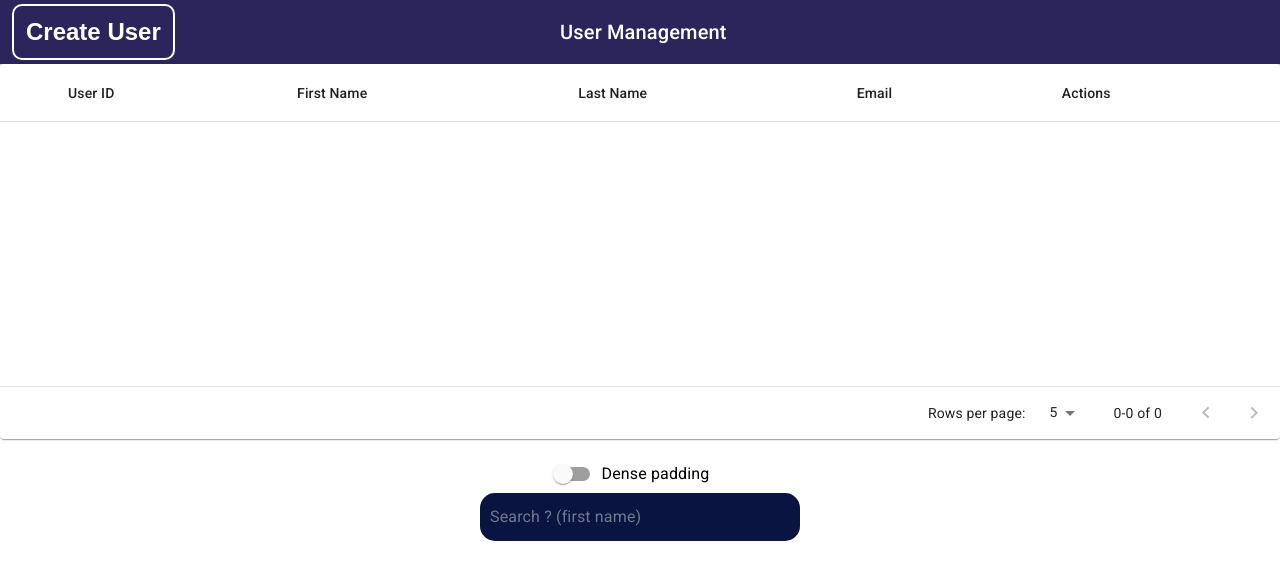
Repository: ginkakuzmanova/simple-user-management-system
Page: / (app in user-management-system/)
An editor plug-in stored every save of this project. The page is shown before and after the next save, followed by the edit.
The browser window is 1280 px wide. The pictures show the whole page.
The project was rebuilt for these pictures with package versions that can differ from the ones it lists, and the page was loaded fresh each time. Also part of the build but not shown: user-management-system/src/components/FormHeader.js, user-management-system/src/validation/userSchema.js, user-management-system/src/pages/users/UserEditForm.js, user-management-system/src/pages/users/UsersEditing.js, user-management-system/src/components/Notification.js, user-management-system/src/pages/users/UserForm.js, user-management-system/src/pages/users/UsersAddition.js.

Above is the page before, as saved 2020-10-31 13:52:12.

### user-management-system/public/index.html
<!DOCTYPE html>
<html lang="en">
  <head>
    <meta charset="utf-8" />
    <link rel="icon" href="%PUBLIC_URL%/favicon.svg" />
    <meta name="viewport" content="width=device-width, initial-scale=1" />
    <meta name="theme-color" content="#000000" />
    <meta
      name="description"
      content="Web site created using create-react-app"
    />
    <link rel="manifest" href="%PUBLIC_URL%/manifest.json" />
    <link rel="stylesheet" href="https://fonts.googleapis.com/css?family=Roboto:300,400,500,700&display=swap" />
    <link rel="stylesheet" href="https://fonts.googleapis.com/icon?family=Material+Icons" />
    <title>User management</title>
  </head>
  <body>
    <noscript>You need to enable JavaScript to run this app.</noscript>
    <div id="root"></div>

  </body>
</html>

### user-management-system/src/index.js
import React from "react";
import ReactDOM from "react-dom";
import "./index.css";
import App from "./App";
import { Provider } from "react-redux";
import { store, persistor } from "./store";
import { PersistGate } from "redux-persist/integration/react";

const renderApp = () =>
  ReactDOM.render(
    <React.StrictMode>
      <Provider store={store}>
        <PersistGate loading={null} persistor={persistor}>
          <App />
        </PersistGate>
      </Provider>
    </React.StrictMode>,
    document.getElementById("root")
  );

if (module.hot) {
  module.hot.accept("./App", renderApp);
}

renderApp();

### user-management-system/src/App.js
import React from "react";
import "./App.css";
import { BrowserRouter } from "react-router-dom";
import Header from "./components/Header";
import { AppRoutes } from "./AppRoutes";

function App() {
  return (
    <div className='App'>
      <BrowserRouter>
        <Header />
        <AppRoutes />
      </BrowserRouter>
    </div>
  );
}
export default App;

### user-management-system/src/store/index.js
import { configureStore, getDefaultMiddleware } from "@reduxjs/toolkit";
import { rootReducer } from "./rootReducer.js";
import {
  persistStore,
  persistReducer,
  FLUSH,
  REHYDRATE,
  PAUSE,
  PERSIST,
  PURGE,
  REGISTER,
} from "redux-persist";
import storage from "redux-persist/lib/storage";

const persistConfig = {
  key: "root",
  version: 1,
  storage,
};

const persistedReducer = persistReducer(persistConfig, rootReducer);

const store = configureStore({
  reducer: persistedReducer,
  middleware: getDefaultMiddleware({
    serializableCheck: {
      ignoredActions: [FLUSH, REHYDRATE, PAUSE, PERSIST, PURGE, REGISTER],
    },
  }),
});

let persistor = persistStore(store);

export { store, persistor };

### user-management-system/src/components/Header.js
import React from "react";
import AppBar from "@material-ui/core/AppBar";
import Toolbar from "@material-ui/core/Toolbar";
import IconButton from "@material-ui/core/IconButton";
import Typography from "@material-ui/core/Typography";
import { makeStyles } from "@material-ui/core/styles";
import { useHistory } from "react-router-dom";

const useStyles = makeStyles((theme) => ({
  root: {
    flexGrow: 1,
  },
  menuButton: {
    marginRight: theme.spacing(2),
    border: "2px solid white",
    borderRadius: "10px !important",
  },
  title: {
    flexGrow: 1,
    display: "none",
    marginRight: "10rem",
    [theme.breakpoints.up("sm")]: {
      display: "block",
    },
  },
  inputRoot: {
    color: "inherit",
  },
  inputInput: {
    padding: theme.spacing(1, 1, 1, 0),
    paddingLeft: `calc(1em + ${theme.spacing(4)}px)`,
    transition: theme.transitions.create("width"),
    width: "100%",
    [theme.breakpoints.up("sm")]: {
      width: "12ch",
      "&:focus": {
        width: "20ch",
      },
    },
  },
  appBar: {
    backgroundColor: "rgb(44, 37, 92)",
  },
}));

export default function Header() {
  const history = useHistory();
  const classes = useStyles();
  return (
    <div className={classes.root}>
      <AppBar position='static' className={classes.appBar}>
        <Toolbar>
          <IconButton
            edge='start'
            className={classes.menuButton}
            color='inherit'
            aria-label='open drawer'
            onClick={() => history.push("/add")}
          >
            <b>Create User</b>
          </IconButton>
          <Typography className={classes.title} variant='h6' noWrap>
            User Management
          </Typography>
        </Toolbar>
      </AppBar>
    </div>
  );
}

### user-management-system/src/AppRoutes.js
import React from "react";
import { Route, Switch } from "react-router-dom";
import UsersTable from "./pages/users/UsersList";
import UsersAddition from "./pages/users/UsersAddition";

const AppRoutes = () => {
  return (
    <Switch>
      <Route exact path='/'>
        <UsersTable />
      </Route>
      <Route path='/add'>
        <UsersAddition />
      </Route>
    </Switch>
  );
};

export { AppRoutes };

### user-management-system/src/store/rootReducer.js
import { combineReducers } from "redux";
import { copyReducer } from "./copySlice";
import { usersReducer } from "./usersSlice";

export const rootReducer = combineReducers({
  users: usersReducer,
  copyUsers: copyReducer
});

### user-management-system/src/pages/users/UsersList.js
import React, {useEffect}from "react";
import PropTypes from "prop-types";
import { makeStyles } from "@material-ui/core/styles";
import { Button } from "@material-ui/core";
import Table from "@material-ui/core/Table";
import TableBody from "@material-ui/core/TableBody";
import TableCell from "@material-ui/core/TableCell";
import TableContainer from "@material-ui/core/TableContainer";
import TableHead from "@material-ui/core/TableHead";
import TablePagination from "@material-ui/core/TablePagination";
import TableRow from "@material-ui/core/TableRow";
import TableSortLabel from "@material-ui/core/TableSortLabel";
import Paper from "@material-ui/core/Paper";
import Checkbox from "@material-ui/core/Checkbox";
import InputBase from "@material-ui/core/InputBase";
import FormControlLabel from "@material-ui/core/FormControlLabel";
import Switch from "@material-ui/core/Switch";
import { useSelector, useDispatch } from "react-redux";
import EditDialog from "../../components/EditDialog";
import ConfirmDialog from "../../components/ConfirmDialog";
import UsersEditing from "./UsersEditing";
import { copyUsers, filterUsers } from "../../store/copySlice";

function descendingComparator(a, b, orderBy) {
  if (b[orderBy] < a[orderBy]) {
    return -1;
  }
  if (b[orderBy] > a[orderBy]) {
    return 1;
  }
  return 0;
}

function getComparator(order, orderBy) {
  return order === "desc"
    ? (a, b) => descendingComparator(a, b, orderBy)
    : (a, b) => -descendingComparator(a, b, orderBy);
}

function stableSort(array, comparator) {
  const stabilizedThis = array.map((el, index) => [el, index]);
  stabilizedThis.sort((a, b) => {
    const order = comparator(a[0], b[0]);
    if (order !== 0) return order;
    return a[1] - b[1];
  });

  return stabilizedThis.map((el) => el[0]);
}

const headCells = [
  {
    id: "id",
    numeric: false,
    disablePadding: true,
    label: "User ID",
  },
  {
    id: "firstName",
    numeric: false,
    disablePadding: false,
    label: "First Name",
  },
  { id: "lastName", numeric: false, disablePadding: false, label: "Last Name" },
  { id: "email", numeric: false, disablePadding: false, label: "Email" },
  { id: "buttons", numeric: false, disablePadding: false, label: "Actions" },
];

function EnhancedTableHead(props) {
  const { classes, order, orderBy, onRequestSort } = props;
  const createSortHandler = (property) => (event) => {
    onRequestSort(event, property);
  };

  return (
    <TableHead>
      <TableRow>
        <TableCell padding='checkbox' />
        {headCells.map((headCell) => (
          <TableCell
            key={headCell.id}
            align={headCell.numeric ? "right" : "left"}
            sortDirection={orderBy === headCell.id ? order : false}
          >
            <TableSortLabel
              active={orderBy === headCell.id}
              direction={orderBy === headCell.id ? order : "asc"}
              onClick={createSortHandler(headCell.id)}
            >
              {headCell.label}
              {orderBy === headCell.id ? (
                <span className={classes.visuallyHidden}>
                  {order === "desc" ? "sorted descending" : "sorted ascending"}
                </span>
              ) : null}
            </TableSortLabel>
          </TableCell>
        ))}
      </TableRow>
    </TableHead>
  );
}

EnhancedTableHead.propTypes = {
  classes: PropTypes.object.isRequired,
  numSelected: PropTypes.number.isRequired,
  onRequestSort: PropTypes.func.isRequired,
  onSelectAllClick: PropTypes.func.isRequired,
  order: PropTypes.oneOf(["asc", "desc"]).isRequired,
  orderBy: PropTypes.string.isRequired,
  rowCount: PropTypes.number.isRequired,
};

const useStyles = makeStyles((theme) => ({
  root: {
    width: "100%",
  },
  paper: {
    width: "100%",
    marginBottom: theme.spacing(2),
  },
  table: {
    minWidth: 750,
  },
  button: {
    opacity: "0",
    "&:hover": {
      opacity: "1",
    },
  },
  visuallyHidden: {
    border: 0,
    clip: "rect(0 0 0 0)",
    height: 1,
    margin: -1,
    overflow: "hidden",
    padding: 0,
    position: "absolute",
    top: 20,
    width: 1,
  },
}));

export default function EnhancedTable() {
  const users = useSelector((state) => state.users);
  const rows = useSelector((state) => state.copyUsers);
  const dispatch = useDispatch();
  const classes = useStyles();
  const [order, setOrder] = React.useState("asc");
  const [orderBy, setOrderBy] = React.useState("calories");
  const [selected, setSelected] = React.useState([]);
  const [page, setPage] = React.useState(0);
  const [dense, setDense] = React.useState(false);
  const [rowsPerPage, setRowsPerPage] = React.useState(5);
  const [openDialog, setOpenDialog] = React.useState(false);
  const [recordForEdit, setRecordForEdit] = React.useState(null);
  const [confirmDialog, setConfirmDialog] = React.useState({
    isOpen: false,
    title: "",
    subtitle: "",
    recordToDelete: null,
  });

  useEffect(()=> {
    dispatch(copyUsers(users))
  }, [users])

  const handleSearch = (e) => {
    let target = e.target;
    console.log(target.value);
    if (target.value === "") dispatch(copyUsers(users));
    else dispatch(filterUsers(target.value.toLowerCase()));
  };

  const handleRequestSort = (event, property) => {
    const isAsc = orderBy === property && order === "asc";
    setOrder(isAsc ? "desc" : "asc");
    setOrderBy(property);
  };

  const handleSelectAllClick = (event) => {
    if (event.target.checked) {
      const newSelecteds = rows.map((n) => n.id);
      setSelected(newSelecteds);
      return;
    }
    setSelected([]);
  };

  const handleClick = (event, name) => {
    const selectedIndex = selected.indexOf(name);
    let newSelected = [];

    if (selectedIndex === -1) {
      newSelected = newSelected.concat(selected, name);
    } else if (selectedIndex === 0) {
      newSelected = newSelected.concat(selected.slice(1));
    } else if (selectedIndex === selected.length - 1) {
      newSelected = newSelected.concat(selected.slice(0, -1));
    } else if (selectedIndex > 0) {
      newSelected = newSelected.concat(
        selected.slice(0, selectedIndex),
        selected.slice(selectedIndex + 1)
      );
    }
    setSelected(newSelected);
  };
  const handleChangePage = (event, newPage) => {
    setPage(newPage);
  };
  const handleChangeRowsPerPage = (event) => {
    setRowsPerPage(parseInt(event.target.value, 10));
    setPage(0);
  };
  const handleChangeDense = (event) => {
    setDense(event.target.checked);
  };
  const isSelected = (name) => selected.indexOf(name) !== -1;
  const openInModal = (item) => {
    setRecordForEdit(item);
    setOpenDialog(true);
  };
  const emptyRows =
    rowsPerPage - Math.min(rowsPerPage, rows.length - page * rowsPerPage);
  return (
    <div className={classes.root}>
      <Paper className={classes.paper}>
        <TableContainer>
          <Table
            className={classes.table}
            aria-labelledby='tableTitle'
            size={dense ? "small" : "medium"}
            aria-label='enhanced table'
          >
            <EnhancedTableHead
              classes={classes}
              numSelected={selected.length}
              order={order}
              orderBy={orderBy}
              onSelectAllClick={handleSelectAllClick}
              onRequestSort={handleRequestSort}
              rowCount={rows.length}
            />
            <TableBody>
              {stableSort(rows, getComparator(order, orderBy))
                .slice(page * rowsPerPage, page * rowsPerPage + rowsPerPage)
                .map((row, index) => {
                  const isItemSelected = isSelected(row.id);
                  const labelId = `enhanced-table-checkbox-${index}`;

                  return (
                    <TableRow
                      hover
                      onClick={(event) => handleClick(event, row.id)}
                      role='checkbox'
                      aria-checked={isItemSelected}
                      tabIndex={-1}
                      key={row.id}
                      selected={isItemSelected}
                    >
                      <TableCell padding='checkbox'>
                        <Checkbox
                          checked={isItemSelected}
                          inputProps={{ "aria-labelledby": labelId }}
                        />
                      </TableCell>
                      <TableCell
                        component='th'
                        id={labelId}
                        scope='row'
                        padding='none'
                      >
                        {row.id}
                      </TableCell>
                      <TableCell>{row.firstName}</TableCell>
                      <TableCell>{row.lastName}</TableCell>
                      <TableCell>{row.email}</TableCell>
                      <TableCell className={classes.button}>
                        <Button
                          style={{ marginRight: "30px" }}
                          variant='outlined'
                          color='secondary'
                          onClick={() => {
                            setConfirmDialog({
                              isOpen: true,
                              title:
                                "Are you sure you want to delete this user?",
                              subtitle: "This operation can't be undone!",
                              recordToDelete: row,
                            });
                          }}
                        >
                          Delete
                        </Button>
                        <Button
                          variant='outlined'
                          color='primary'
                          onClick={() => openInModal(row)}
                        >
                          Edit
                        </Button>
                      </TableCell>
                    </TableRow>
                  );
                })}
              {emptyRows > 0 && (
                <TableRow style={{ height: (dense ? 33 : 53) * emptyRows }}>
                  <TableCell colSpan={6} />
                </TableRow>
              )}
            </TableBody>
          </Table>
        </TableContainer>
        <TablePagination
          rowsPerPageOptions={[5, 10, 20]}
          component='div'
          count={rows.length}
          rowsPerPage={rowsPerPage}
          page={page}
          onChangePage={handleChangePage}
          onChangeRowsPerPage={handleChangeRowsPerPage}
        />
      </Paper>
      <EditDialog openPopup={openDialog} setOpenPopup={setOpenDialog}>
        <UsersEditing recordForEdit={recordForEdit} />
      </EditDialog>
      <ConfirmDialog
        confirmDialog={confirmDialog}
        setConfirmDialog={setConfirmDialog}
      />
      <FormControlLabel
        control={<Switch checked={dense} onChange={handleChangeDense} />}
        label='Dense padding'
      />
      <InputBase
        placeholder='Search ? (first name)'
        style={{
          display: "block",
          width: "25%",
          backgroundColor: "#091540",
          color: "#fff",
          padding: "8px 10px",
          margin: "0 auto",
          borderRadius: "15px",
        }}
        onChange={(e) => handleSearch(e)}
      />
    </div>
  );
}

### user-management-system/src/store/copySlice.js
import { createSlice } from "@reduxjs/toolkit";

const { reducer: copyReducer, actions } = createSlice({
  name: "copy",
  initialState: [],
  reducers: {
    copyUsers: (state, action) => {

        // for (let i = 0; i < action.payload.length; i++) {
        //     state[i] = action.payload[i];
        //   }
       return state = action.payload.map(a => ({...a}));
    },

    filterUsers: (state, action) => {
        const firstName = action.payload;
        return state.filter(u => u.firstName.toLowerCase().includes(firstName))
    }
  },
});

export { copyReducer };

export const copyUsers = (users) => {
  return (dispatch) => {
    dispatch(actions.copyUsers(users));
  };
};

export const filterUsers = (firstName) => {
  return (dispatch) => {
    dispatch(actions.filterUsers(firstName));
  };
};

### user-management-system/src/store/usersSlice.js
import uuid from "uuid";
import { createSlice } from "@reduxjs/toolkit";

const { reducer: usersReducer, actions } = createSlice({
  name: "users",
  initialState: [],
  reducers: {
    addUser: (state, action) => {
      const { firstName, lastName, email } = action.payload;
      if (!state.includes(action.payload)) {
        state.push({ id: uuid(), firstName, lastName, email });
      } else {
        throw new Error();
      }
    },
    editUser: (state, action) => {
      const { id } = action.payload;
      for (let i = 0; i < state.length; i++) {
        const user = state[i];
        if (user.id === id) {
          user.firstName = action.payload.firstName;
          user.lastName = action.payload.lastName;
          user.email = action.payload.email;
        }
      }
    },
    deleteUser: (state, action) => {
      const { id } = action.payload;
      const toDel = state.find((user) => user.id === id);
      const index = state.indexOf(toDel);
      state.splice(index, 1);
    },
  },
});

export { usersReducer };

export const addUser = (user) => {
  return (dispatch) => {
    dispatch(actions.addUser(user));
  };
};

export const editUser = ({ ...user }) => {
  return (dispatch) => {
    dispatch(actions.editUser(user));
  };
};

export const removeUser = (user) => {
  return (dispatch) => {
    dispatch(actions.deleteUser(user));
  };
};

### user-management-system/src/components/EditDialog.js
import React from "react";
import {
  Dialog,
  DialogTitle,
  DialogContent,
  makeStyles,
  Typography,
} from "@material-ui/core";
import { Button } from "@material-ui/core";
import CloseIcon from "@material-ui/icons/Close";

const useStyles = makeStyles((theme) => ({
  dialogWrapper: {
    padding: theme.spacing(2),
    position: "absolute",
    top: theme.spacing(5),
  },
  dialogTitle: {
    paddingRight: "0px",
  },
}));

export default function EditDialog(props) {
  const { title, children, openPopup, setOpenPopup } = props;
  const classes = useStyles();

  return (
    <Dialog
      open={openPopup}
      maxWidth='md'
      classes={{ paper: classes.dialogWrapper }}
    >
      <DialogTitle className={classes.dialogTitle}>
        <div style={{ display: "flex" }}>
          <Typography variant='h6' component='div' style={{ flexGrow: 1 }}>
            {title}
          </Typography>
          <Button
            color='secondary'
            onClick={() => {
              setOpenPopup(false);
            }}
          >
            <CloseIcon />
          </Button>
        </div>
      </DialogTitle>
      <DialogContent
        dividers
        style={{
          display: "grid",
          gridTemplateColumns: "1fr",
          justifyItems: "center",
          alignItems: "center",
        }}
      >
        {children}
      </DialogContent>
    </Dialog>
  );
}

### user-management-system/src/components/ConfirmDialog.js
import React from "react";
import {
  Dialog,
  DialogTitle,
  DialogContent,
  DialogActions,
  Typography,
  makeStyles,
  IconButton,
  Button,
} from "@material-ui/core";
import { useDispatch } from "react-redux";
import { removeUser } from "../store/usersSlice";
import NotListedLocationIcon from "@material-ui/icons/NotListedLocation";

const useStyles = makeStyles((theme) => ({
  dialog: {
    padding: theme.spacing(2),
    position: "absolute",
    top: theme.spacing(5),
  },
  dialogTitle: {
    textAlign: "center",
  },
  dialogContent: {
    textAlign: "center",
  },
  dialogAction: {
    justifyContent: "center",
  },
  titleIcon: {
    backgroundColor: theme.palette.secondary.light,
    color: theme.palette.secondary.main,
    "&:hover": {
      backgroundColor: theme.palette.secondary.light,
      cursor: "default",
    },
    "& .MuiSvgIcon-root": {
      fontSize: "8rem",
    },
  },
}));

export default function ConfirmDialog(props) {
  const { confirmDialog, setConfirmDialog } = props;
  const onDelete = () => {
    dispatch(removeUser(confirmDialog.recordToDelete));
    setConfirmDialog({ ...confirmDialog, isOpen: false });
  };
  const classes = useStyles();
  const dispatch = useDispatch();
  return (
    <Dialog open={confirmDialog.isOpen} classes={{ paper: classes.dialog }}>
      <DialogTitle className={classes.dialogTitle}>
        <IconButton disableRipple className={classes.titleIcon}>
          <NotListedLocationIcon />
        </IconButton>
      </DialogTitle>
      <DialogContent className={classes.dialogContent}>
        <Typography variant='h6'>{confirmDialog.title}</Typography>
        <Typography variant='subtitle2'>{confirmDialog.subtitle}</Typography>
      </DialogContent>
      <DialogActions className={classes.dialogAction}>
        <Button
          style={{ padding: "15px" }}
          color='primary'
          onClick={() => setConfirmDialog({ ...confirmDialog, isOpen: false })}
        >
          No
        </Button>
        <Button
          style={{ padding: "15px" }}
          text='Yes'
          color='secondary'
          onClick={() => onDelete()}
        >
          Yes
        </Button>
      </DialogActions>
    </Dialog>
  );
}

Loaded but not shown: user-management-system/src/index.css (common file); user-management-system/src/App.css (common file)

After the next save:
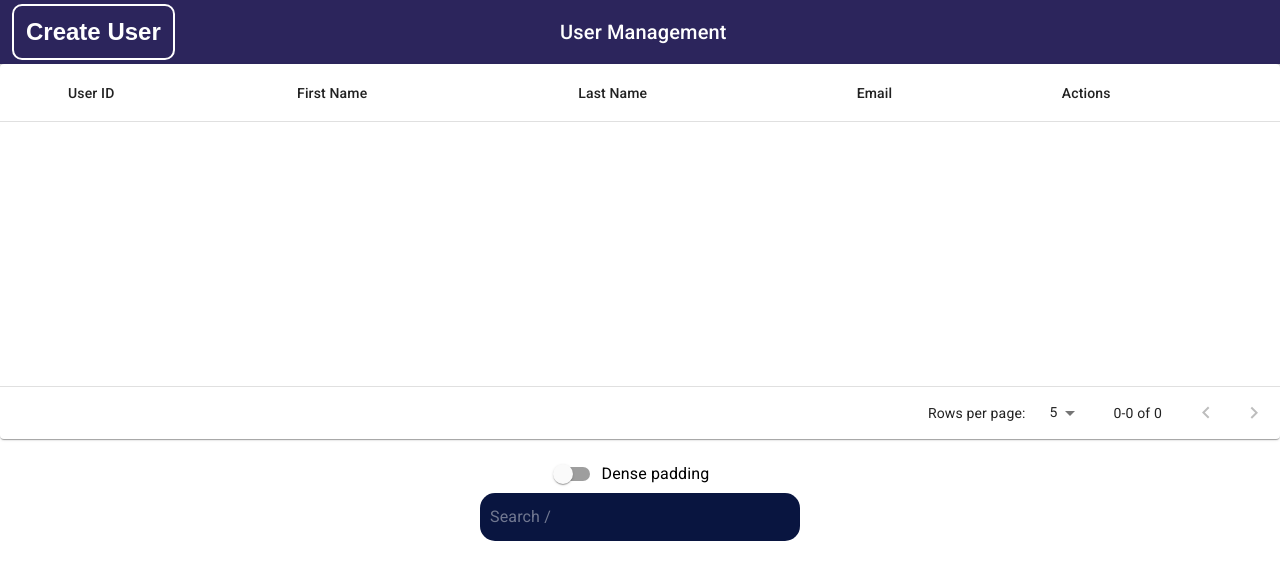
Saved 16 s later.
--- a/user-management-system/src/pages/users/UsersList.js
+++ b/user-management-system/src/pages/users/UsersList.js
@@ -333,7 +333,7 @@ export default function EnhancedTable() {
         label='Dense padding'
       />
       <InputBase
-        placeholder='Search ? (first name)'
+        placeholder='Search /'
         style={{
           display: "block",
           width: "25%",
